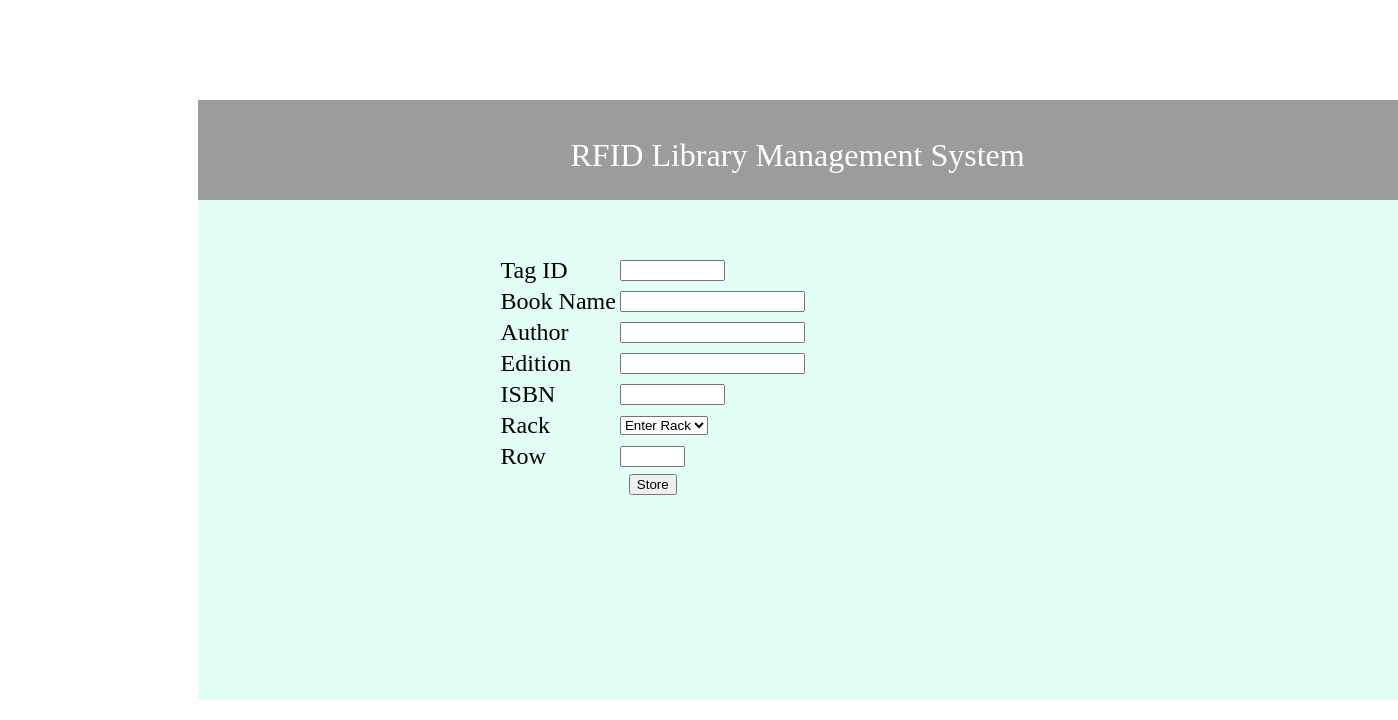
Repository: vigineshs/A-Smart-Data-Analyzer-for-Library-Management-System
Page: http://localhost/librarymgmt/tag.jsp
These files come from the project's save history. The page is drawn as it stood at one moment and after the next save; the edit follows.
The browser window is 1280 px wide. The page is 1398 px wide, so the pictures cover 1398 px, including what lies to the right of the window. The pictures show the whole page.
The page is served by Tomcat 9. Other server files are loaded and not shown.

Above is the page before, as saved 2013-02-11 14:07:05.

### PassiveRFID/CS203-Version 1.0.6/Demo Applications/Dot Net C#/Demo Applications Source Code/RFID/librarymgmt/WebContent/tag.jsp
<%@ page language="java" contentType="text/html; charset=ISO-8859-1"
    pageEncoding="ISO-8859-1"%>
<!DOCTYPE html PUBLIC "-//W3C//DTD HTML 4.01 Transitional//EN" "http://www.w3.org/TR/html4/loose.dtd">
<html>
<head>
<title>RFID | Library Management System</title>
<link rel="stylesheet" type="text/css" href="css/page.css ">
<script>
function validateForm()
{
var x=document.forms["f1"]["btag"].value;
if (x==null || x=="")
  {
  alert("TagID must be filled");
  return false;
  }
  var x=document.forms["f1"]["bname"].value;
if (x==null || x=="")
  {
  alert("Book Name must be filled");
  return false;
  }
 var x=document.forms["f1"]["bauthor"].value;
if (x==null || x=="")
  {
  alert("Author must be filled");
  return false;
  }
  var x=document.forms["f1"]["bedition"].value;
if (x==null || x=="")
  {
  alert("Edition must be filled");
  return false;
  }
  var x=document.forms["f1"]["bisbn"].value;
if (x==null || x=="")
  {
  alert("ISBN must be filled");
  return false;
  }
  var x=document.forms["f1"]["brack"].value;
if (x==null || x=="")
  {
  alert("Rack must be filled");
  return false;
  }
  var x=document.forms["f1"]["brow"].value;
if (x==null || x=="")
  {
  alert("Row must be filled");
  return false;
  }
}
</script>
</head>
<body>
<div class="center">
<div id="container">
<div id="header"><br/>
RFID Library Management System
</div>
<div id="content">
<br/><br/>
	<div id="lcon">

	</div>
	<div id="rcon">
	<form method=POST action="http://localhost:8080/librarymgmt/Tagg" onsubmit="return validateForm()" name=f1 >
<table>
<tr><td>Tag ID</td><td><input type=text size=10 name="btag" /></td></tr>
<tr><td>Book Name</td><td><input type=text size=20 name="bname" /></td></tr>
<tr><td>Author</td><td><input type=text size=20 name="bauthor" /></td></tr>
<tr><td>Edition</td><td><input type=text size=20 name="bedition" /></td></tr>
<tr><td>ISBN</td><td><input type=text size=10 name="bisbn" /></td></tr>
<tr><td>Rack</td><td><select name="brack">
  <option value="">Enter Rack</option>
  <option value="IT">IT</option>
  <option value="CSE">CSE</option>
  <option value="ECE">ECE</option>
    <option value="EEE">EEE</option>
  <option value="EIE">EIE</option>
  <option value="CIVIL">CIVIL</option>
  <option value="MBA">MBA</option>
  <option value="MCA">MCA</option>
</select></td></tr>
<tr><td>Row</td><td><input type=text size=5 name="brow" /></td></tr>
<tr  ><td colspan="2"><center><input type=submit value=Store /></center></td></tr>
</table>
</form>
	</div>
</div>
</div>
</div>
</body>
</html>

### PassiveRFID/CS203-Version 1.0.6/Demo Applications/Dot Net C#/Demo Applications Source Code/RFID/librarymgmt/WebContent/css/page.css
#container
{


width:1200px;
height:500px;
margin:0px;

}

a{
text-decoration:none;
font-color:blue;
font-size:32px;
}

a:hover{
font-color:red;
}

.center
{
margin-left:auto;
margin-right:auto;
width:70%;
}

body
{

}

#header
{
background-image:url('images/header.png');
font-family:Monotype Corsiva;
font-size:32px;
color:white;
height:100px;
text-align:center;
float:center;
margin-top:100px;
}

#content
{
background-image:url('images/content.png');
width:1200px;
height:500px;
margin-left:0px;
overflow:hidden;
font-size:24px;
float:center;
}

#lcon
{
width:300px;
height:100%
overflow:hidden;
}

#rcon
{
width:700px;
height:100%
overflow:hidden;
margin-left:300px;
}

### PassiveRFID/CS203-Version 1.0.6/Demo Applications/Dot Net C#/Demo Applications Source Code/RFID/librarymgmt/WebContent/page.css
#container
{


width:1200px;
height:500px;
margin:0px;

}

a{
text-decoration:none;
font-color:blue;
font-size:32px;
}

a:hover{
font-color:red;
}

.center
{
margin-left:auto;
margin-right:auto;
width:70%;
}

body
{
background-image:url('images/lib.jpg');
}

#header
{
background-image:url('images/header.png');
font-family:Monotype Corsiva;
font-size:32px;
color:white;
height:100px;
text-align:center;
float:center;
margin-top:100px;
}

#content
{
background-image:url('images/content.png');
width:1200px;
height:500px;
margin-left:0px;
overflow:hidden;
font-size:24px;
float:center;
}

#lcon
{
width:300px;
height:100%
overflow:hidden;
}

#rcon
{
width:700px;
height:100%
overflow:hidden;
margin-left:300px;
}

After the next save:
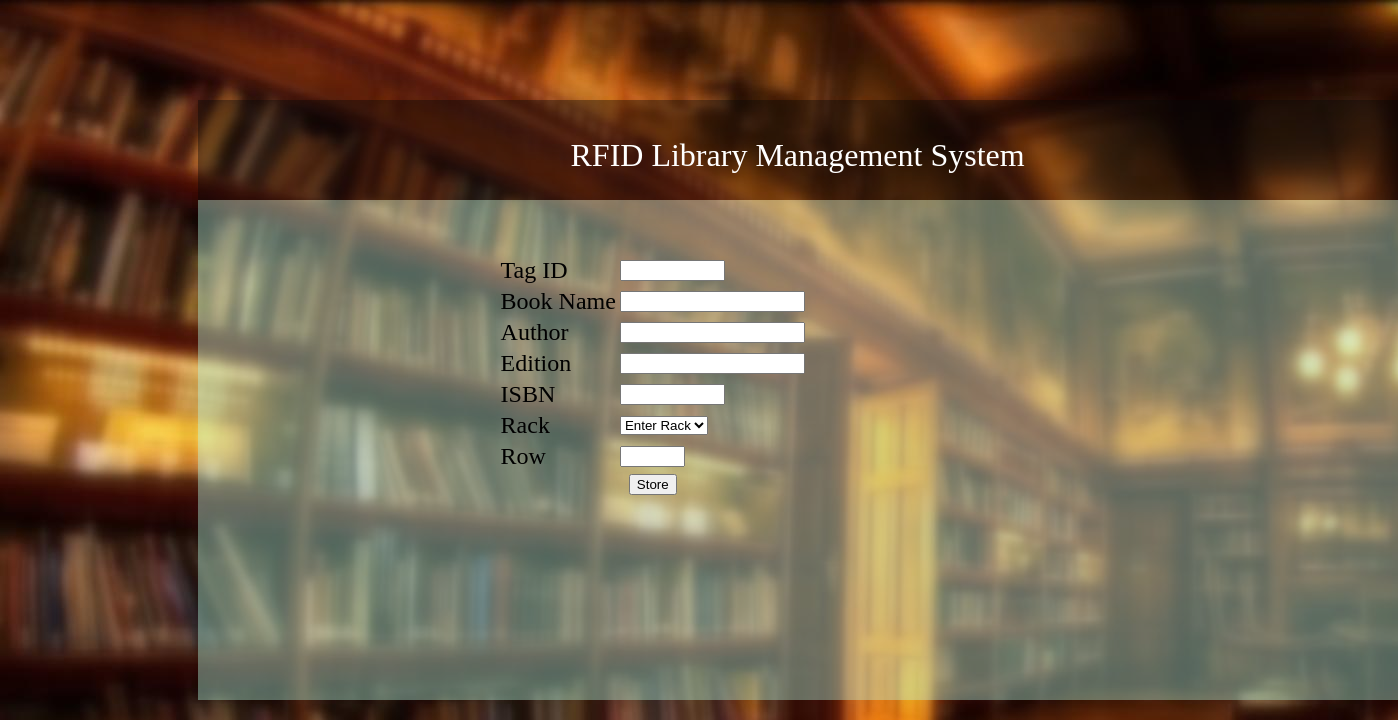
Saved 44 s later.
--- a/PassiveRFID/CS203-Version 1.0.6/Demo Applications/Dot Net C#/Demo Applications Source Code/RFID/librarymgmt/WebContent/tag.jsp
+++ b/PassiveRFID/CS203-Version 1.0.6/Demo Applications/Dot Net C#/Demo Applications Source Code/RFID/librarymgmt/WebContent/tag.jsp
@@ -4,7 +4,7 @@
 <html>
 <head>
 <title>RFID | Library Management System</title>
-<link rel="stylesheet" type="text/css" href="css/page.css ">
+<link rel="stylesheet" type="text/css" href="page.css ">
 <script>
 function validateForm()
 {
